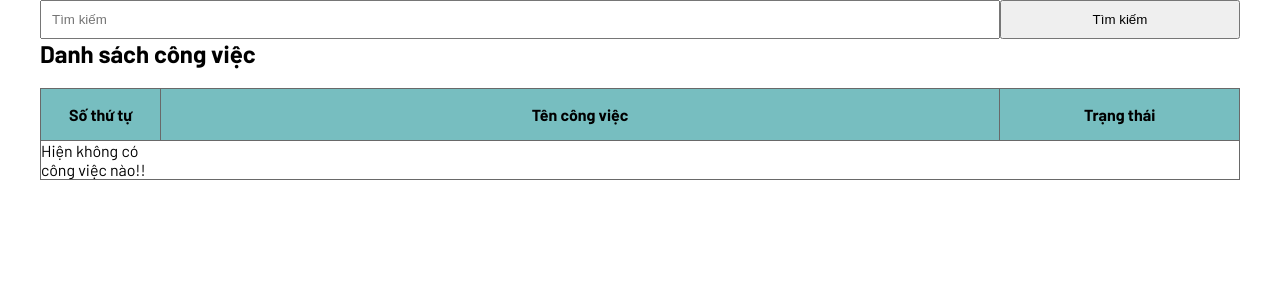
Repository: OkazakiTruong/searchReact
Page: /
An editor plug-in stored every save of this project. The page is shown before and after the next save, followed by the edit.
The browser window is 1280 px wide. The pictures show the whole page.
The page's requests for data from a server got no answer. The project was rebuilt for these pictures with package versions that can differ from the ones it lists, and the page was loaded fresh each time. No one was signed in, and anything a server would have sent is missing. Also part of the build but not shown: vite.config.js.

Above is the page before, as saved 2024-01-11 14:15:54.

### src/App.jsx
import React from "react";
import { SearchAppContainer } from "./SearchApp/SearchAppContainer";

export const App = () => {
  return (
    <div className="app">
      <SearchAppContainer />
    </div>
  );
};

### src/index.css
@import url("https://fonts.googleapis.com");
@import url("https://fonts.gstatic.com");
@import url("https://fonts.googleapis.com/css2?family=Barlow:ital,wght@0,100;0,200;0,300;0,400;0,500;0,600;0,700;0,800;0,900;1,100;1,200;1,300;1,400;1,500;1,600;1,700;1,800;1,900&display=swap");

* {
  padding: 0;
  margin: 0;
  box-sizing: border-box;
}

body {
  font-family: "Barlow", sans-serif;
}

.app {
  max-width: 1250px;
  padding: 0 25px;
  margin: 0 auto;
}

### src/SearchApp/SearchAppContainer.jsx
import React, { useCallback, useEffect, useState } from "react";
import { ListTodo } from "./Todo/ListTodo";
import { Search } from "./Search/Search";

export const SearchAppContainer = () => {
  const [todos, setTodos] = useState(null);
  useEffect(() => {
    //fetch api
    fetch("https://jsonplaceholder.typicode.com/todos?_page=1", {
      method: "GET",
      headers: {
        "Content-type": "application/json",
      },
    })
      .then((response) => response.json())
      .then((data) => {
        setTodos(data);
      });
  }, []);
  return (
    <div>
      <Search />
      <ListTodo todos={todos} />
    </div>
  );
};

### src/SearchApp/Todo/ListTodo.jsx
import React from "react";
import "./listTodo.css";

export const ListTodo = ({ todos }) => {
  return (
    <>
      <h2>Danh sách công việc</h2>
      <table>
        <tbody>
          <tr>
            <th className="numerical-order">Số thứ tự</th>
            <th className="todo-name">Tên công việc</th>
            <th className="status">Trạng thái</th>
          </tr>
          {!todos
            ? "Hiện không có công việc nào!!"
            : todos.map((todo, index) => (
                <tr>
                  <td>{++index}</td>
                  <td>{todo.title}</td>
                  <td>
                    {todo.completed ? "Đã hoàn thành" : "Chưa hoàn thành"}
                  </td>
                </tr>
              ))}
        </tbody>
      </table>
    </>
  );
};

### src/SearchApp/Search/Search.jsx
import React from "react";
import "./Search.css";

export const Search = () => {
  return (
    <div className="search-container">
      <form action="#">
        <div className="search-bar">
          <input type="text" placeholder="Tìm kiếm" />
          <button>Tìm kiếm</button>
        </div>
      </form>
    </div>
  );
};

### src/SearchApp/Todo/listTodo.css
table {
  width: 100%;
}
table,
th,
td {
  border: 1px solid #696969;
  border-collapse: collapse;
}
th,
td {
  padding: 16px;
}
th {
  background-color: rgb(119, 190, 192);
}
th.todo-name {
  width: 70%;
}
th.numeric-order {
  width: 10%;
}
th.status {
  width: 20%;
}

h2 {
  margin-bottom: 20px;
}

### src/SearchApp/Search/Search.css
.search-bar {
  display: flex;
  width: 100%;
}
input {
  width: 80%;
  padding: 10px;
}
button {
  width: 20%;
}

Loaded but not shown: index.html (common file); src/main.jsx (common file)

After the next save:
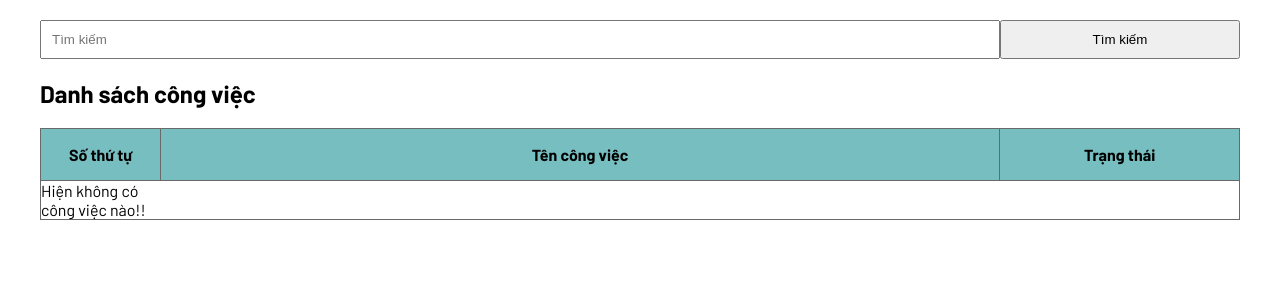
Saved 40 s later.
--- a/src/SearchApp/Search/Search.css
+++ b/src/SearchApp/Search/Search.css
@@ -1,3 +1,6 @@
+.search-container {
+  margin: 20px 0;
+}
 .search-bar {
   display: flex;
   width: 100%;
